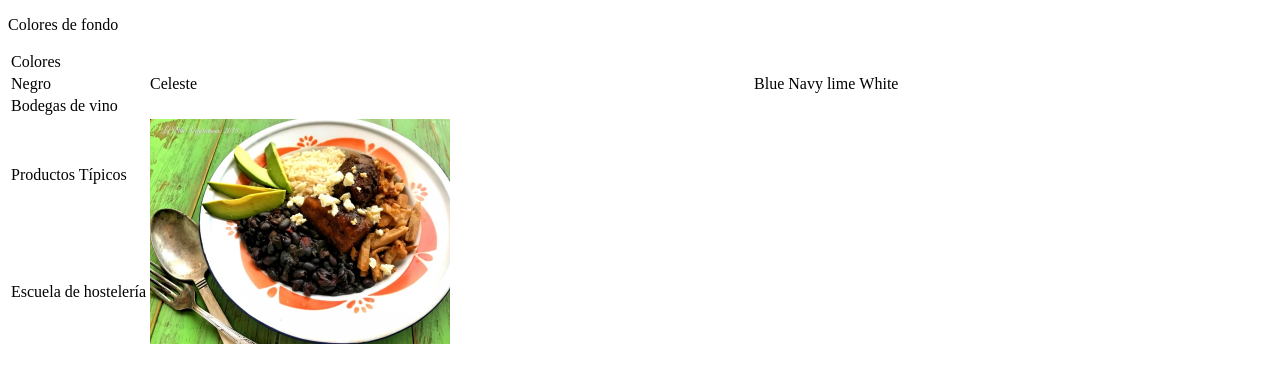
Repository: ThePerez/ArgProg
Page: Practicas ArgProg/Practica 3/Ejercicio 5/index.html
The author's editor kept a copy of each file at every save. The page is drawn from the files as they stood at one save, then again after a run of saves.
The browser window is 1280 px wide. The pictures show the whole page.

Above is the page before, as saved 2023-03-14 11:47:10.

After the next 3 saves:
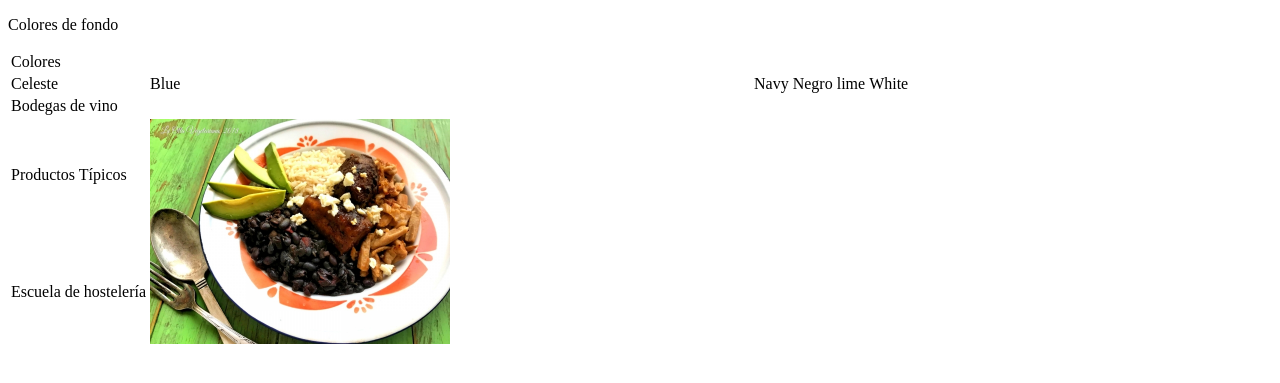
The 3 saves are shown as one change because they came seconds apart.
The last was saved 12 s later.
--- a/Practicas ArgProg/Practica 3/Ejercicio 5/index.html
+++ b/Practicas ArgProg/Practica 3/Ejercicio 5/index.html
@@ -18,10 +18,10 @@
                </tr>
 
                <tr>
-                    <td>Negro</td>
-                    <td>Celeste</td>
+                    <td id="">Celeste</td>
                     <td>Blue</td>
                     <td>Navy</td>
+                    <td>Negro</td>
                     <td>lime</td>
                     <td>White</td>
                </tr>
